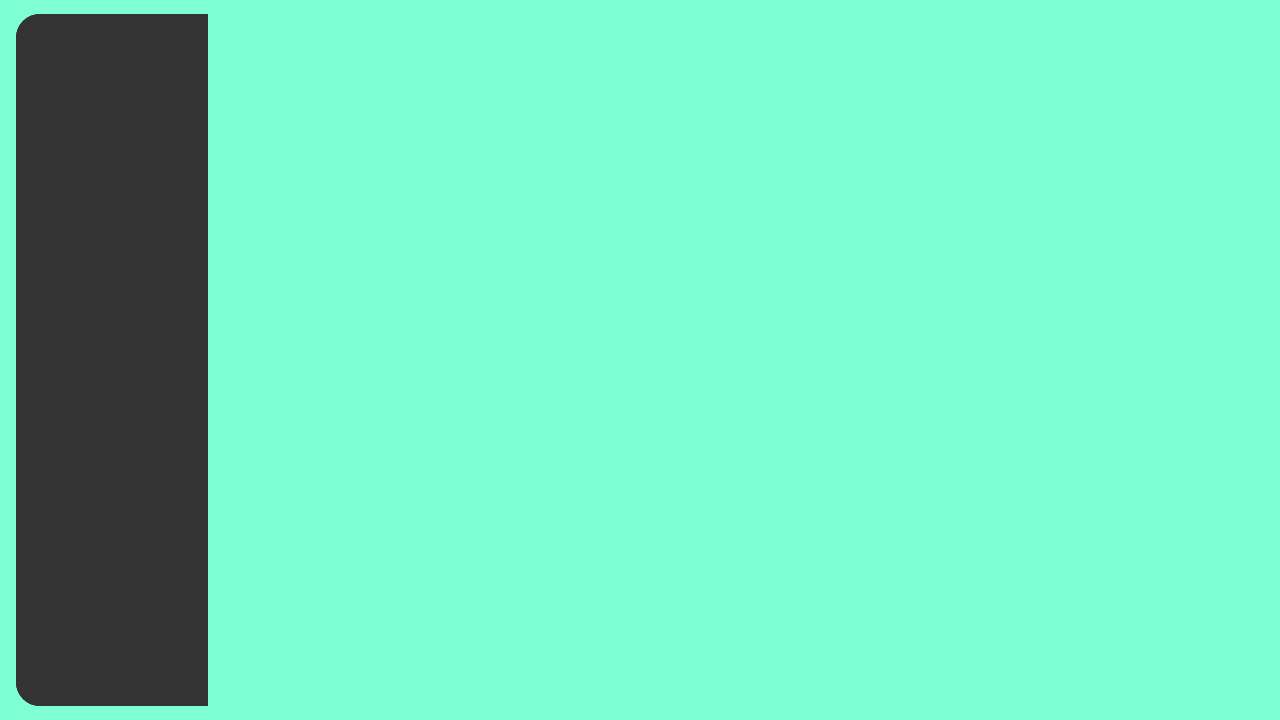
Repository: virangaj/NIFS-WebApp
Page: /sedu (app in client/)
An editor plug-in stored every save of this project. The page is shown before and after the next save, followed by the edit.
The browser window is 1280 px wide. The pictures show the whole page.
The project was rebuilt for these pictures with package versions that can differ from the ones it lists, and the page was loaded fresh each time. Also part of the build but not shown: client/src/pages/Login.tsx, client/src/pages/Home.tsx, client/src/components/Transport/shared/TransportNavbar.js, client/src/pages/TransportMainPage.tsx, client/src/pages/CommonMainPage.tsx, client/src/pages/AccountMainPage.tsx, client/src/pages/AdminMainPage.tsx, client/src/pages/LibraryMainPage.js and 15 more.

Above is the page before, as saved 2022-07-30 23:09:55.

After the next save:
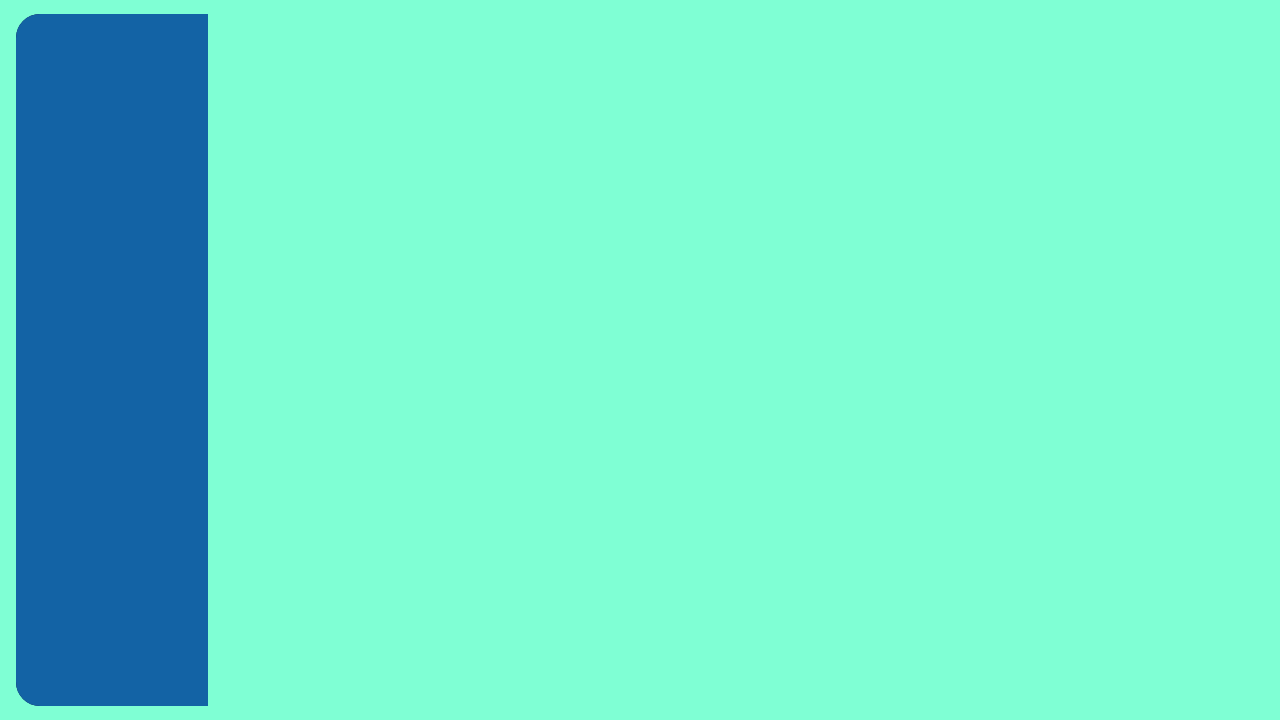
Saved 7 s later.
--- a/client/src/index.css
+++ b/client/src/index.css
@@ -28,7 +28,7 @@ body {
   --border-radius: 10px;
   --pimary: rgb(10, 94, 133);
   --warning: #ed3d63;
-  --secondary-nav-color: #333;
+  --secondary-nav-color: rgb(19, 99, 165);
 }
 
 
